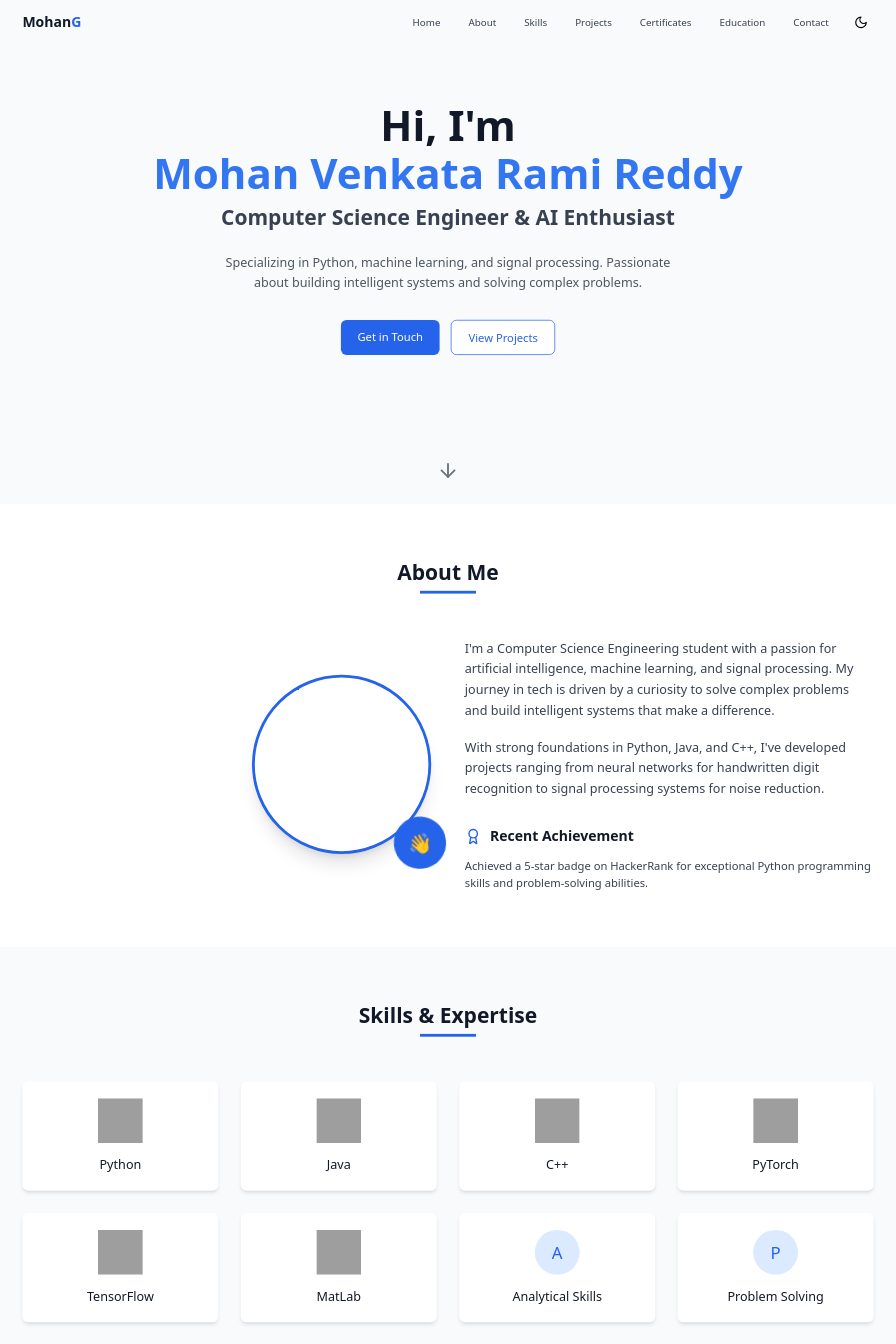
Repository: Mohan2347/updated-portfolio
Page: /
These files come from the project's save history. The page is drawn as it stood at one moment and after the next save; the edit follows.
The browser window is 1280 px wide. The pictures show the part of the page from y = 0 to 1920 px (the page is 5902 px tall), at 70% of full size.
Pictures or frames that could not be fetched are drawn as grey boxes. The project was rebuilt for these pictures with package versions that can differ from the ones it lists, and the page was loaded fresh each time. Also part of the build but not shown: vite.config.ts.

Above is the page before, as saved 2025-04-27 15:38:32.

### index.html
<!doctype html>
<html lang="en">
  <head>
    <meta charset="UTF-8" />
    <link rel="icon" type="image/svg+xml" href="/vite.svg" />
    <meta name="viewport" content="width=device-width, initial-scale=1.0" />
    <meta name="description" content="Portfolio of Mohan Venkata Rami Reddy Gudibandi - Computer Science Engineer & AI Enthusiast">
    <title>Mohan Gudibandi | Portfolio</title>
  </head>
  <body>
    <div id="root"></div>
    <script type="module" src="/src/main.tsx"></script>
  </body>
</html>

### src/App.tsx
import React, { useState, useEffect } from 'react';
import Navbar from './components/Navbar';
import Hero from './components/Hero';
import About from './components/About';
import Skills from './components/Skills';
// import Experience from './components/Experience';
import Projects from './components/Projects';
import Certificates from './components/Certificates';
import Education from './components/Education';
import Contact from './components/Contact';
import Footer from './components/Footer';
import Background from './components/Background';

function App() {
  const [isDarkMode, setIsDarkMode] = useState(false);

  useEffect(() => {
    const savedDarkMode = localStorage.getItem('darkMode');

    if (savedDarkMode === 'true') {
      setIsDarkMode(true);
      document.documentElement.classList.add('dark');
    } else if (savedDarkMode === null) {
      const prefersDark = window.matchMedia('(prefers-color-scheme: dark)').matches;
      setIsDarkMode(prefersDark);
      if (prefersDark) document.documentElement.classList.add('dark');
    }
  }, []);

  const toggleDarkMode = () => {
    setIsDarkMode(!isDarkMode);

    if (!isDarkMode) {
      document.documentElement.classList.add('dark');
      localStorage.setItem('darkMode', 'true');
    } else {
      document.documentElement.classList.remove('dark');
      localStorage.setItem('darkMode', 'false');
    }
  };

  return (
    <div className="min-h-screen bg-white dark:bg-gray-900 transition-colors duration-300">
      <Background />
      <Navbar isDarkMode={isDarkMode} toggleDarkMode={toggleDarkMode} />
      <Hero />
      <About />
      <Skills />
      {/* <Experience /> */}
      <Projects />
      <Certificates />
      <Education />
      <Contact />
      <Footer isDarkMode={isDarkMode} toggleDarkMode={toggleDarkMode} />
    </div>
  );
}

export default App;

### src/components/Skills.tsx
import React from 'react';
import { skills } from '../data/portfolio';
import { motion } from 'framer-motion';

const Skills: React.FC = () => {
  const skillIcons = {
    'Python': 'https://cdn.jsdelivr.net/gh/devicons/devicon/icons/python/python-original.svg',
    'Java': 'https://cdn.jsdelivr.net/gh/devicons/devicon/icons/java/java-original.svg',
    'C++': 'https://cdn.jsdelivr.net/gh/devicons/devicon/icons/cplusplus/cplusplus-original.svg',
    'PyTorch': 'https://cdn.jsdelivr.net/gh/devicons/devicon/icons/pytorch/pytorch-original.svg',
    'TensorFlow': 'https://cdn.jsdelivr.net/gh/devicons/devicon/icons/tensorflow/tensorflow-original.svg',
    'MatLab': 'https://cdn.jsdelivr.net/gh/devicons/devicon/icons/matlab/matlab-original.svg',
    'Jupyter Notebook': 'https://cdn.jsdelivr.net/gh/devicons/devicon/icons/jupyter/jupyter-original.svg',
    'VS Code': 'https://cdn.jsdelivr.net/gh/devicons/devicon/icons/vscode/vscode-original.svg',
    'GitHub': 'https://cdn.jsdelivr.net/gh/devicons/devicon/icons/github/github-original.svg',
  };

  const container = {
    hidden: { opacity: 0 },
    show: {
      opacity: 1,
      transition: {
        staggerChildren: 0.1
      }
    }
  };

  const item = {
    hidden: { opacity: 0, y: 20 },
    show: { opacity: 1, y: 0 }
  };

  return (
    <section id="skills" className="py-20 bg-gray-50 dark:bg-gray-900 transition-colors duration-300">
      <div className="max-w-7xl mx-auto px-4 sm:px-6 lg:px-8">
        <div className="text-center mb-16">
          <h2 className="text-3xl font-bold text-gray-900 dark:text-white transition-colors duration-300">
            Skills & Expertise
          </h2>
          <div className="mt-2 h-1 w-20 bg-blue-600 mx-auto"></div>
        </div>

        <motion.div
          variants={container}
          initial="hidden"
          animate="show"
          className="grid grid-cols-2 md:grid-cols-3 lg:grid-cols-4 gap-8"
        >
          {skills.map((skill) => (
            <motion.div
              key={skill.name}
              variants={item}
              className="bg-white dark:bg-gray-800 rounded-lg p-6 shadow-md transition-all duration-300 hover:shadow-lg hover:scale-105"
            >
              <div className="flex flex-col items-center space-y-4">
                {skillIcons[skill.name] ? (
                  <img
                    src={skillIcons[skill.name]}
                    alt={skill.name}
                    className="w-16 h-16"
                  />
                ) : (
                  <div className="w-16 h-16 bg-blue-100 dark:bg-blue-900 rounded-full flex items-center justify-center">
                    <span className="text-2xl text-blue-600 dark:text-blue-400">{skill.name[0]}</span>
                  </div>
                )}
                <h3 className="text-lg font-medium text-gray-900 dark:text-white text-center">
                  {skill.name}
                </h3>
              </div>
            </motion.div>
          ))}
        </motion.div>
      </div>
    </section>
  );
};

export default Skills;

### src/components/Certificates.tsx
import React from 'react';
import { certificates } from '../data/portfolio';
import { Award } from 'lucide-react';

const Certificates: React.FC = () => {
  return (
    <section id="certificates" className="py-20 bg-gray-50 dark:bg-gray-900 transition-colors duration-300">
      <div className="max-w-7xl mx-auto px-4 sm:px-6 lg:px-8">
        <div className="text-center mb-16">
          <h2 className="text-3xl font-bold text-gray-900 dark:text-white transition-colors duration-300">
            Certificates
          </h2>
          <div className="mt-2 h-1 w-20 bg-blue-600 mx-auto"></div>
        </div>

        <div className="grid grid-cols-1 md:grid-cols-2 lg:grid-cols-3 gap-8">
          {certificates.map((certificate, index) => (
            <div
              key={index}
              className="bg-white dark:bg-gray-800 rounded-lg overflow-hidden shadow-md transition-all duration-300 hover:shadow-lg hover:translate-y-[-5px]"
            >
              <div className="h-48 overflow-hidden">
                <img
                  src={certificate.image}
                  alt={certificate.title}
                  className="w-full h-full object-cover transform hover:scale-110 transition-transform duration-300"
                />
              </div>

              <div className="p-6">
                <div className="flex items-center mb-4">
                  <Award size={24} className="text-blue-600 mr-3" />
                  <h3 className="text-xl font-semibold text-gray-900 dark:text-white transition-colors duration-300">
                    {certificate.title}
                  </h3>
                </div>

                <p className="text-blue-600 dark:text-blue-400 font-medium transition-colors duration-300">
                  {certificate.issuer}
                </p>

                <p className="text-sm text-gray-500 dark:text-gray-400 mb-4 transition-colors duration-300">
                  {certificate.date}
                </p>

                <p className="text-gray-700 dark:text-gray-300 transition-colors duration-300">
                  {certificate.description}
                </p>
              </div>
            </div>
          ))}
        </div>
      </div>
    </section>
  );
};

export default Certificates;

### src/components/Footer.tsx
import React from 'react';
import { Heart } from 'lucide-react';

interface FooterProps {
  isDarkMode: boolean;
  toggleDarkMode: () => void;
}

const Footer: React.FC<FooterProps> = ({ isDarkMode, toggleDarkMode }) => {
  const currentYear = new Date().getFullYear();

  return (
    <footer className="bg-white dark:bg-gray-800 py-8 transition-colors duration-300">
      <div className="max-w-7xl mx-auto px-4 sm:px-6 lg:px-8">
        <div className="border-t border-gray-200 dark:border-gray-700 pt-8 transition-colors duration-300">
          <div className="flex flex-col md:flex-row justify-between items-center">
            <div className="mb-4 md:mb-0">
              <p className="text-gray-600 dark:text-gray-400 transition-colors duration-300">
                &copy; {currentYear} Mohan Venkata Rami Reddy. All rights reserved.
              </p>
            </div>

            <div className="flex items-center space-x-6">
              <button
                onClick={toggleDarkMode}
                className="text-gray-600 dark:text-gray-400 hover:text-blue-600 dark:hover:text-blue-400 transition-colors duration-300"
                aria-label={isDarkMode ? "Switch to light mode" : "Switch to dark mode"}
              >
                {isDarkMode ? "Light Mode" : "Dark Mode"}
              </button>

              <a
                href="#home"
                className="text-gray-600 dark:text-gray-400 hover:text-blue-600 dark:hover:text-blue-400 transition-colors duration-300"
              >
                Back to Top
              </a>
            </div>
          </div>

          <div className="mt-6 text-center text-gray-500 dark:text-gray-500 text-sm transition-colors duration-300 flex items-center justify-center">
            <span>Built with</span>
            <Heart size={16} className="text-red-500 mx-1" />
            <span>using React & Tailwind CSS</span>
          </div>
        </div>
      </div>
    </footer>
  );
};

export default Footer;

### src/components/Background.tsx
import React from 'react';
import { useCallback } from "react";
import Particles from "react-particles";
import type { Container, Engine } from "tsparticles-engine";
import { loadSlim } from "tsparticles-slim";

const Background: React.FC = () => {
  const particlesInit = useCallback(async (engine: Engine) => {
    await loadSlim(engine);
  }, []);

  const particlesLoaded = useCallback(async (container: Container | undefined) => {
    console.log(container);
  }, []);

  return (
    <Particles
      className="fixed top-0 left-0 w-full h-full -z-10"
      id="tsparticles"
      init={particlesInit}
      loaded={particlesLoaded}
      options={{
        background: {
          color: {
            value: "transparent",
          },
        },
        fpsLimit: 120,
        interactivity: {
          events: {
            onClick: {
              enable: true,
              mode: "push",
            },
            onHover: {
              enable: true,
              mode: "grab",
              parallax: {
                enable: true,
                force: 60,
                smooth: 10
              }
            },
            resize: true,
          },
          modes: {
            push: {
              quantity: 4,
            },
            grab: {
              distance: 200,
              links: {
                opacity: 0.5
              }
            }
          },
        },
        particles: {
          color: {
            value: "#3b82f6",
          },
          links: {
            color: "#3b82f6",
            distance: 150,
            enable: true,
            opacity: 0.3,
            width: 1,
            triangles: {
              enable: true,
              opacity: 0.05
            }
          },
          move: {
            direction: "none",
            enable: true,
            outModes: {
              default: "bounce",
            },
            random: false,
            speed: 1,
            straight: false,
            attract: {
              enable: true,
              rotateX: 600,
              rotateY: 1200
            }
          },
          number: {
            density: {
              enable: true,
              area: 800,
            },
            value: 80,
          },
          opacity: {
            value: 0.5,
            random: true,
            anim: {
              enable: true,
              speed: 1,
              opacity_min: 0.1,
              sync: false
            }
          },
          shape: {
            type: "circle",
          },
          size: {
            value: { min: 1, max: 3 },
            random: true,
            anim: {
              enable: true,
              speed: 2,
              size_min: 0.1,
              sync: false
            }
          },
        },
        detectRetina: true,
      }}
    />
  );
};

export default Background;

### src/data/portfolio.ts
import { Skill, Project, Certificate, Education, Achievement, NavItem, Experience } from '../types';
import { img } from "../assests/img1.jpg"

export const navItems: NavItem[] = [
  { label: 'Home', href: '#home' },
  { label: 'About', href: '#about' },
  { label: 'Skills', href: '#skills' },
  // { label: 'Experience', href: '#experience' },
  { label: 'Projects', href: '#projects' },
  { label: 'Certificates', href: '#certificates' },
  { label: 'Education', href: '#education' },
  { label: 'Contact', href: '#contact' }
];

export const skills: Skill[] = [
  { name: 'Python', level: 90, category: 'language' },
  { name: 'Java', level: 85, category: 'language' },
  { name: 'C++', level: 80, category: 'language' },
  { name: 'PyTorch', level: 85, category: 'framework' },
  { name: 'TensorFlow', level: 80, category: 'framework' },
  { name: 'MatLab', level: 75, category: 'framework' },
  // { name: 'Jupyter Notebook', level: 90, category: 'tool' },
  // { name: 'Google Colab', level: 85, category: 'tool' },
  // { name: 'VS Code', level: 85, category: 'tool' },
  // { name: 'GitHub', level: 80, category: 'tool' },
  { name: 'Analytical Skills', level: 90, category: 'soft' },
  { name: 'Problem Solving', level: 90, category: 'soft' },
  { name: 'Communication', level: 85, category: 'soft' }
];

export const experience: Experience[] = [
  {
    title: 'Summer Training in Data Structures & Algorithms',
    company: 'Board Infinity',
    period: 'June 2024 - July 2024',
    location: 'Remote',
    description: 'Intensive training program focused on advanced DSA concepts and problem-solving techniques.',
    details: [
      'Completed a one-month training focused on Data Structures and Algorithms (DSA), strengthening problem-solving and algorithmic skills',
      'Implemented efficient algorithms and data structures such as arrays, linked lists, trees, graphs, and dynamic programming to optimize solutions',
      'Developed optimized solutions using programming languages like Java'
    ],
    techStack: ['Java', 'Data Structures', 'Algorithms'],
    image: 'https://images.pexels.com/photos/7376/startup-photos.jpg?auto=compress&cs=tinysrgb&w=1260&h=750&dpr=2'
  }
];

export const projects: Project[] = [
  {
    id: 'digit-recognition',
    title: 'Handwritten Digit Recognition Model',
    date: 'December 2024',
    description: 'CNN-based model using PyTorch to classify handwritten digits with 98.5% accuracy',
    techStack: ['Python', 'PyTorch', 'NumPy', 'OpenCV', 'Flask'],
    details: [
      'Built a CNN using PyTorch to classify handwritten digits with 98.5% accuracy',
      'Preprocessed images and optimized model performance using data augmentation',
      'Deployed the model using Flask for real-time digit recognition',
      'Evaluated model performance using confusion matrices and precision-recall curves'
    ],
    image: 'https://images.pexels.com/photos/3861969/pexels-photo-3861969.jpeg?auto=compress&cs=tinysrgb&w=1260&h=750&dpr=2'
  },
  {
    id: 'signal-processing',
    title: 'Signal Processing and Noise Reduction',
    date: 'March 2024',
    description: 'MATLAB-based system to filter noise from real-world audio signals',
    techStack: ['MATLAB', 'Signal Processing Toolbox', 'FFT'],
    details: [
      'Developed a MATLAB-based system to filter noise from real-world audio signals',
      'Applied FFT for frequency analysis and improved Signal-to-Noise Ratio (SNR)',
      'Visualized signal transformations using MATLAB\'s plotting tools',
      'Compared filter performance with traditional noise reduction methods'
    ],
    image: 'https://images.pexels.com/photos/373543/pexels-photo-373543.jpeg?auto=compress&cs=tinysrgb&w=1260&h=750&dpr=2'
  }
];

export const certificates: Certificate[] = [
  {
    title: 'C++ Programming Certification',
    issuer: 'Coursera',
    date: 'October 2023 - February 2024',
    description: 'Gained proficiency in C++ programming, covering object-oriented concepts, data structures, and algorithms',
    image: 'https://images.pexels.com/photos/1181671/pexels-photo-1181671.jpeg?auto=compress&cs=tinysrgb&w=1260&h=750&dpr=2'
  },
  {
    title: 'The Bits and Bytes of Computer Networking',
    issuer: 'Google (Coursera)',
    date: 'August 2023 - November 2023',
    description: 'Learned networking fundamentals, including TCP/IP, DNS, cloud computing, and network security',
    image: 'https://images.pexels.com/photos/1181675/pexels-photo-1181675.jpeg?auto=compress&cs=tinysrgb&w=1260&h=750&dpr=2'
  },
  {
    title: 'SQL For Data Science Certification',
    issuer: 'Great Learning',
    date: 'January 2023 - February 2023',
    description: 'Gained expertise in SQL for data extraction, manipulation, and analysis, focusing on real-world data science applications',
    image: 'https://images.pexels.com/photos/1181677/pexels-photo-1181677.jpeg?auto=compress&cs=tinysrgb&w=1260&h=750&dpr=2'
  }
];

export const education: Education[] = [
  {
    institution: 'Lovely Professional University',
    location: 'Phagwara, Punjab',
    degree: 'B. Tech - Computer Science and Engineering',
    score: 'CGPA: 6.03',
    period: 'Since August 2022'
  },
  {
    institution: 'Vignana Bharathi Junior College',
    location: 'Chirala, Andhra Pradesh',
    degree: 'Intermediate',
    score: 'Percentage: 82.9%',
    period: 'April 2020 - March 2022'
  },
  {
    institution: 'Oxford High School',
    location: 'Parchur, Andhra Pradesh',
    degree: 'Matriculation',
    score: 'Percentage: 96%',
    period: 'April 2019 - March 2020'
  }
];

export const achievements: Achievement[] = [
  {
    title: 'Hacker Rank 5-star Python Badge',
    date: 'March 2023',
    description: 'Achieved a 5-star badge on HackerRank for exceptional Python programming skills and problem-solving abilities'
  }
];

export const contact = {
  name: 'Mohan Venkata Rami Reddy Gudibandi',
  email: 'gudibandimohan95@gmail.com',
  phone: '+91-9392409489',
  linkedin: 'linkedin.com/in/mohan-gudibandi/',
  github: 'github.com/Mohan2347',
  photo: img
};

Loaded but not shown: src/main.tsx (common file); src/index.css (common file); tailwind.config.js (37 lines, source omitted); src/components/Contact.tsx (131 lines, source omitted); src/components/Projects.tsx (108 lines, source omitted); src/components/Navbar.tsx (102 lines, source omitted); src/components/Hero.tsx (97 lines, source omitted); src/components/About.tsx (84 lines, source omitted); src/components/Education.tsx (68 lines, source omitted)

After the next save:
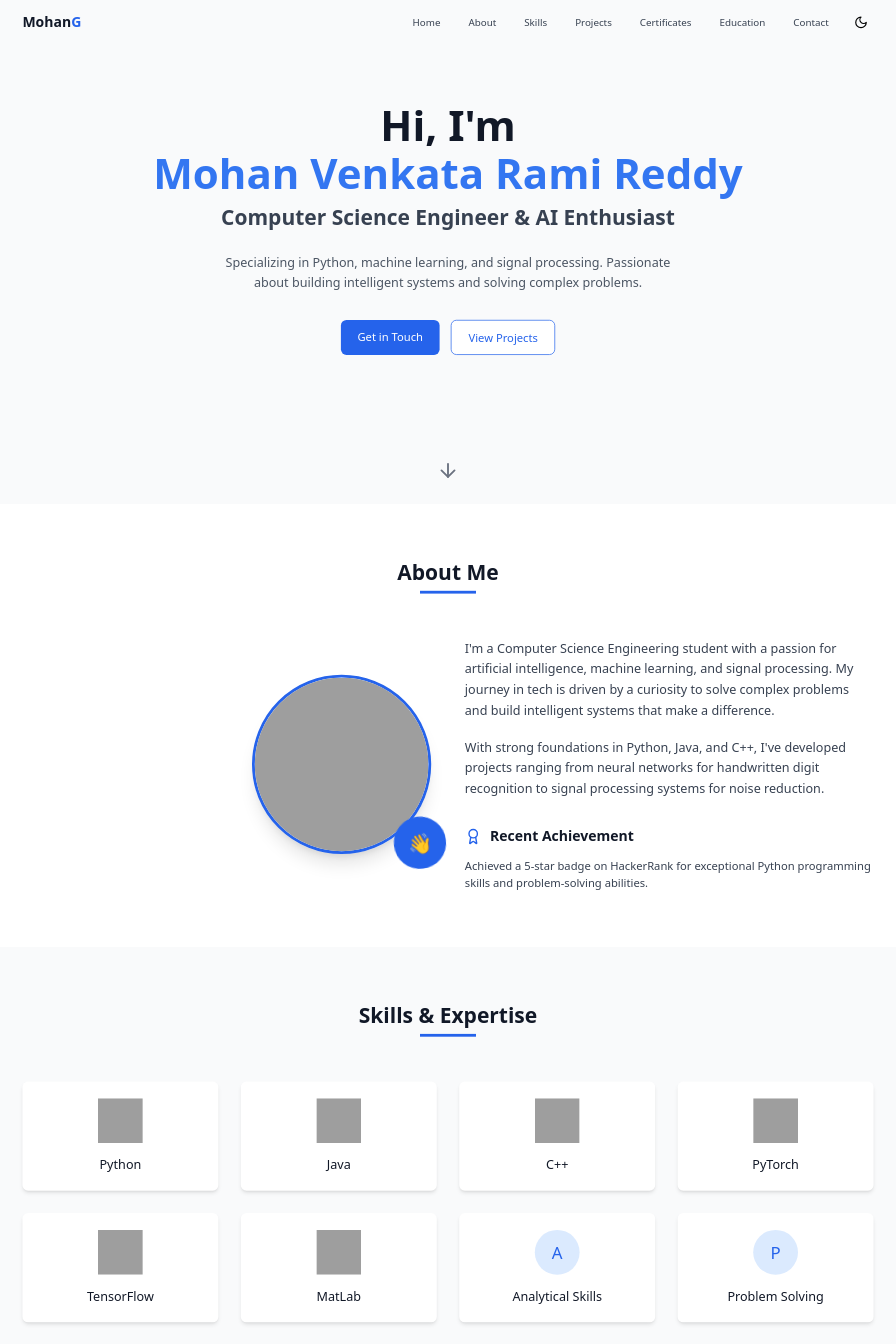
Saved 14 s later.
--- a/src/data/portfolio.ts
+++ b/src/data/portfolio.ts
@@ -138,5 +138,5 @@
   phone: '+91-9392409489',
   linkedin: 'linkedin.com/in/mohan-gudibandi/',
   github: 'github.com/Mohan2347',
-  photo: img
+  photo: "img"
 };

After the 3 saves that followed:
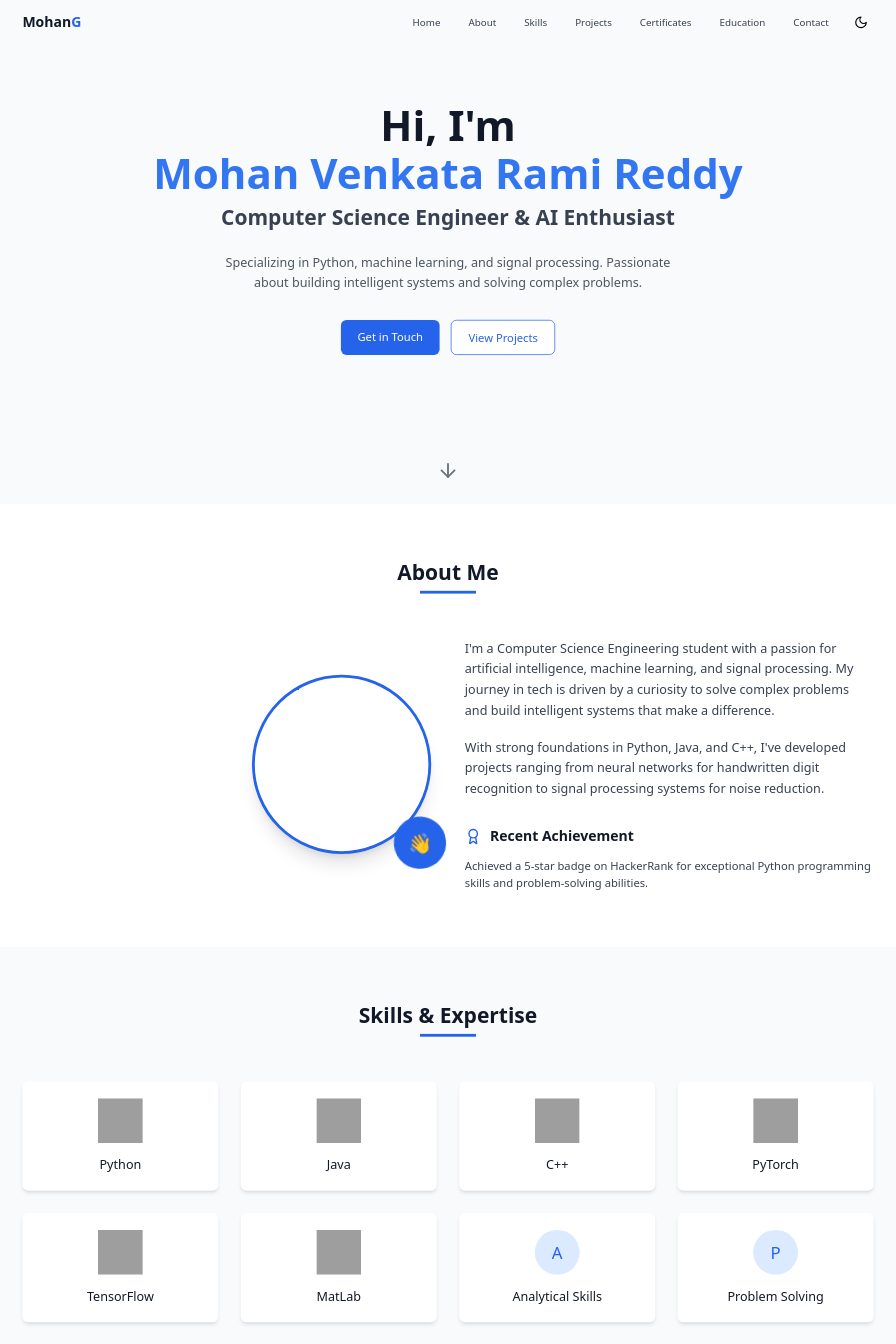
The 3 saves are shown as one change because they came seconds apart.
The last was saved 14 s later.
--- a/src/data/portfolio.ts
+++ b/src/data/portfolio.ts
@@ -138,5 +138,5 @@
   phone: '+91-9392409489',
   linkedin: 'linkedin.com/in/mohan-gudibandi/',
   github: 'github.com/Mohan2347',
-  photo: "img"
+  photo: img,
 };
